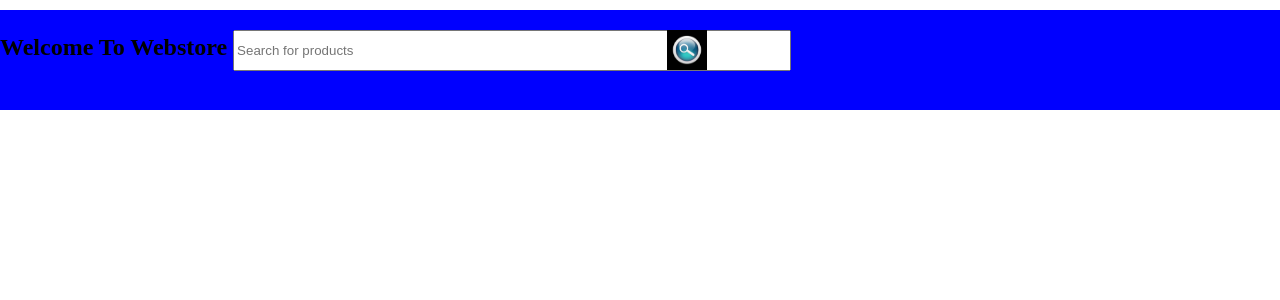
Repository: sourogithub/Final-yr-project-using-j2ee
Page: http://localhost/Webstore/JSP Pages/Front.jsp
The author's editor kept a copy of each file at every save. The page is drawn from the files as they stood at one save, then again after the next save.
The browser window is 1280 px wide. The pictures show the whole page.
The page is served by Tomcat 9.

Above is the page before, as saved 2017-04-11 10:19:37.

After the next save:
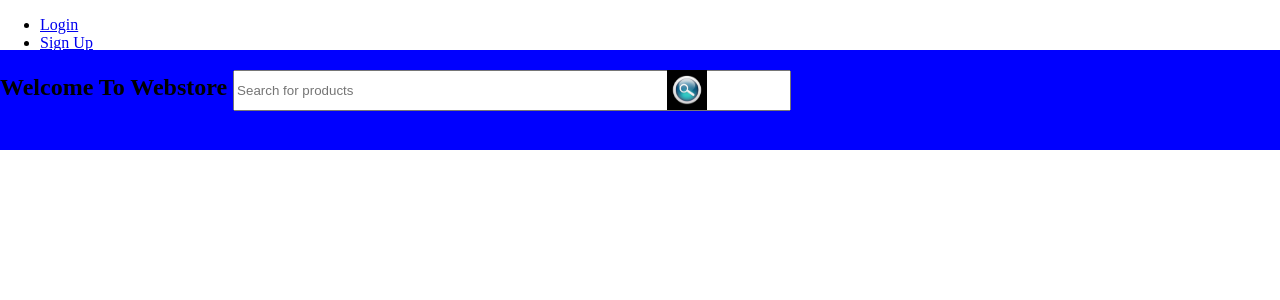
Saved 31 s later.
--- a/Webstore/WebContent/JSP Pages/Front.jsp
+++ b/Webstore/WebContent/JSP Pages/Front.jsp
@@ -13,7 +13,7 @@
 <li><a href="Sign_up.jsp">Sign Up</a>
 </ul>
 </div>
-<div id="Logo"  style="background:blue; height:100px;position:fixed;top:10px;width:1370px;">
+<div id="Logo"  style="background:blue; height:100px;position:fixed;top:50px;width:1370px;">
 <h2>Welcome To Webstore
 <input type="text" placeholder="Search for products" required style="border-width:2;width:550px;height:35px">
 <a><img src="../images/search-images-17.jpg" height="40px" width="40px" style="position:fixed;right:573px"></a><br>
